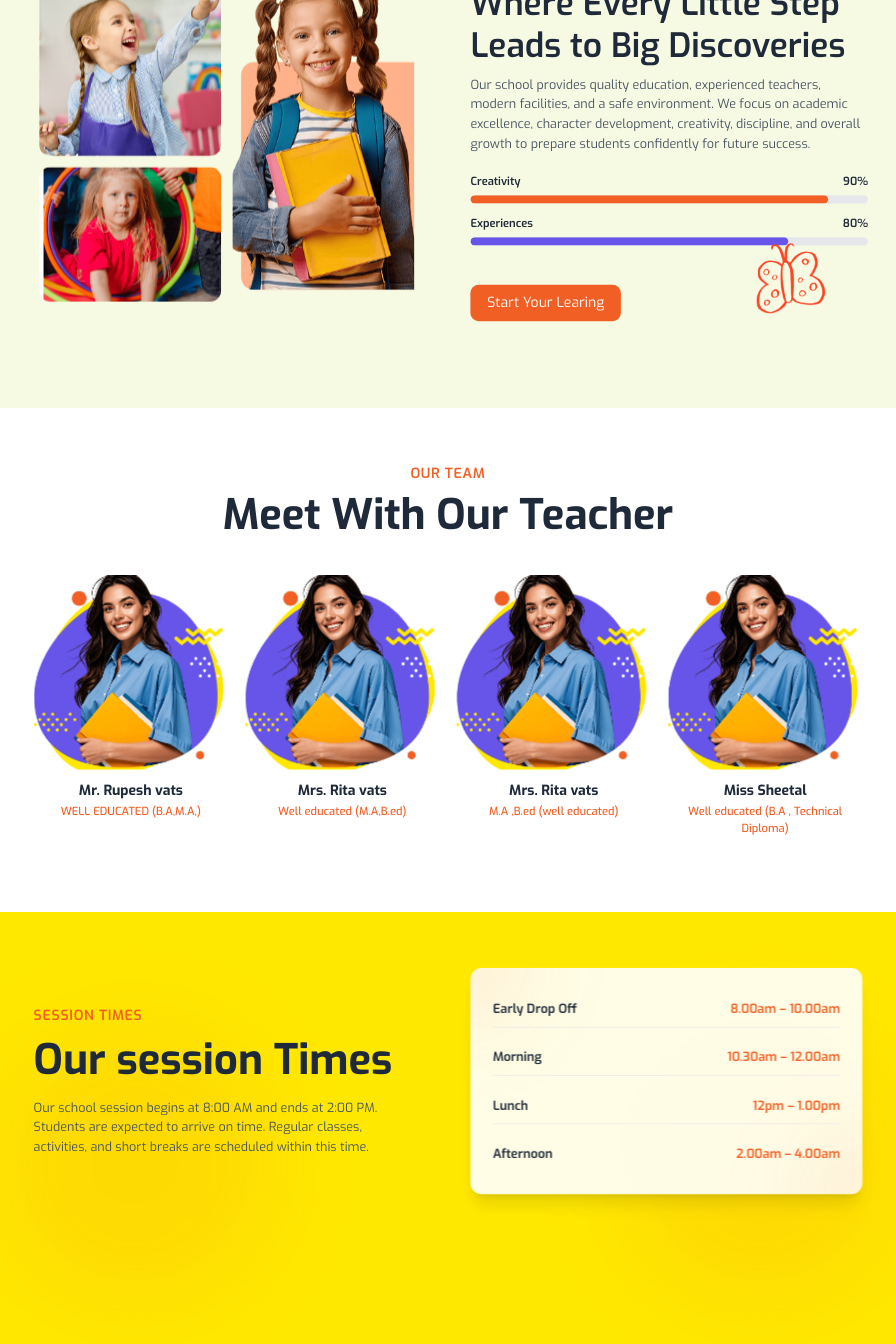
Repository: deepak445566/school
Page: / (app in okwork/)
An editor plug-in stored every save of this project. The page is shown before and after the next save, followed by the edit.
The browser window is 1280 px wide. The pictures show the part of the page from y = 1907 to 3827 px (the page is 4844 px tall), at 70% of full size.
Some web fonts or font styles are not loaded; a fallback is used. The project was rebuilt for these pictures with package versions that can differ from the ones it lists, and the page was loaded fresh each time. Some packages were replaced by stand-ins written for this rebuild. Also part of the build but not shown: okwork/vite.config.js.

Above is the page before, as saved 2026-02-18 20:29:33.

After the next save:
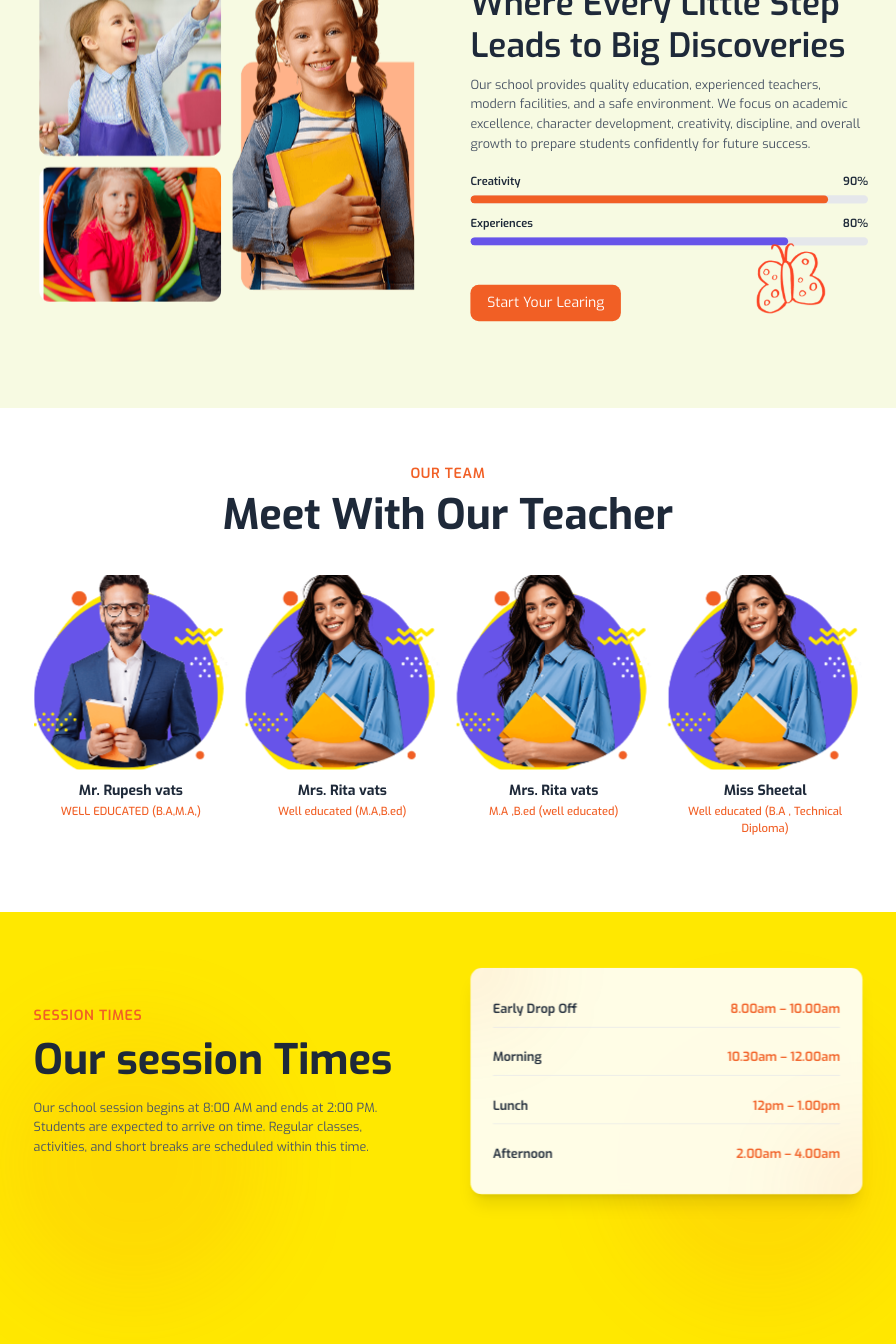
Saved 20 s later.
--- a/okwork/src/components/MeetOurTeachers.jsx
+++ b/okwork/src/components/MeetOurTeachers.jsx
@@ -4,7 +4,7 @@ const MeetOurTeachers = () => {
   const teachers = [
     {
       name: "Mr. Rupesh vats",
-      image: "/images/team1.png",
+      image: "/images/team2.png",
       subject: "WELL EDUCATED (B.A,M.A,)"
     },
     {
